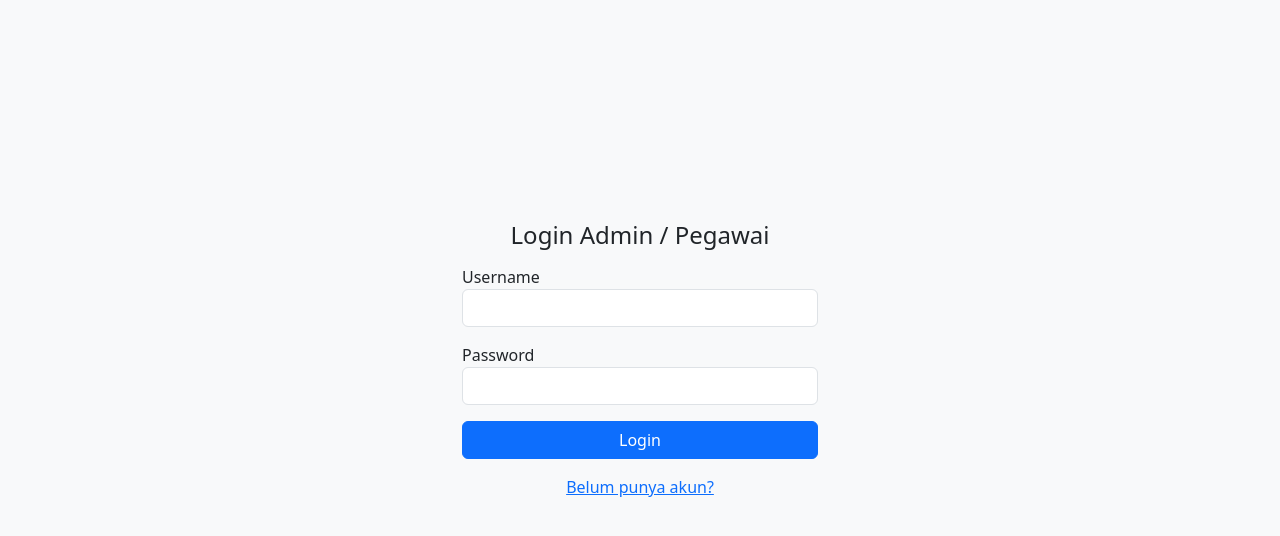
Repository: DevisWisley/Aplikasi-Sistem
Page: http://localhost/auth/login.php
An editor plug-in stored every save of this project. The page is shown before and after the next save, followed by the edit.
The browser window is 1280 px wide. The pictures show the whole page.
The page is run by PHP 8.4 with error messages shown; the project is at /var/www/html/.

Above is the page before, as saved 2025-06-23 07:25:01.

### Sukses Jaya/auth/login.php
<?php
session_start();
include '../includes/config.php';

if (isset($_POST['login'])) {
    $username = $_POST['username'];
    $password = $_POST['password'];

    $stmt = $conn->prepare("SELECT * FROM admin WHERE username = ?");
    $stmt->execute([$username]);
    $user = $stmt->fetch();

    if ($user && password_verify($password, $user['password'])) {
        $_SESSION['user_id'] = $user['admin_id'];
        $_SESSION['username'] = $user['username'];
        $_SESSION['level'] = $user['level'];
        $_SESSION['cabang_id'] = $user['cabang_id'];

        header("Location: ../pages/dashboard.php");
    } else {
        $error = "Username atau Password salah!";
    }
}
?>

<!DOCTYPE html>
<html lang="id">

<head>
    <meta charset="UTF-8">
    <title>Login - Sukses Jaya</title>
    <link href="https://cdn.jsdelivr.net/npm/bootstrap@5.3.3/dist/css/bootstrap.min.css" rel="stylesheet">
</head>

<body class="bg-light d-flex align-items-center" style="height: 100vh;">
    <div class="container">
        <div class="row justify-content-center">
            <div class="col-md-4">
                <h4 class="text-center mb-3">Login Admin / Pegawai</h4>
                <?php if (isset($error))
                    echo "<div class='alert alert-danger'>$error</div>"; ?>
                <form method="POST">
                    <div class="mb-3">
                        <label>Username</label>
                        <input type="text" name="username" class="form-control" required>
                    </div>
                    <div class="mb-3">
                        <label>Password</label>
                        <input type="password" name="password" class="form-control" required>
                    </div>
                    <button class="btn btn-primary w-100" type="submit" name="login">Login</button>
                    <a href="register.php" class="d-block mt-3 text-center">Belum punya akun?</a>
                </form>
            </div>
        </div>
    </div>
</body>

</html>

### Sukses Jaya/includes/config.php
<?php
try {
    $conn = new PDO("mysql:host=localhost;dbname=suksesjaya", "root", "");
    $conn->setAttribute(PDO::ATTR_ERRMODE, PDO::ERRMODE_EXCEPTION);
} catch (PDOException $e) {
    die("Koneksi gagal: " . $e->getMessage());
}
?>

After the next save:
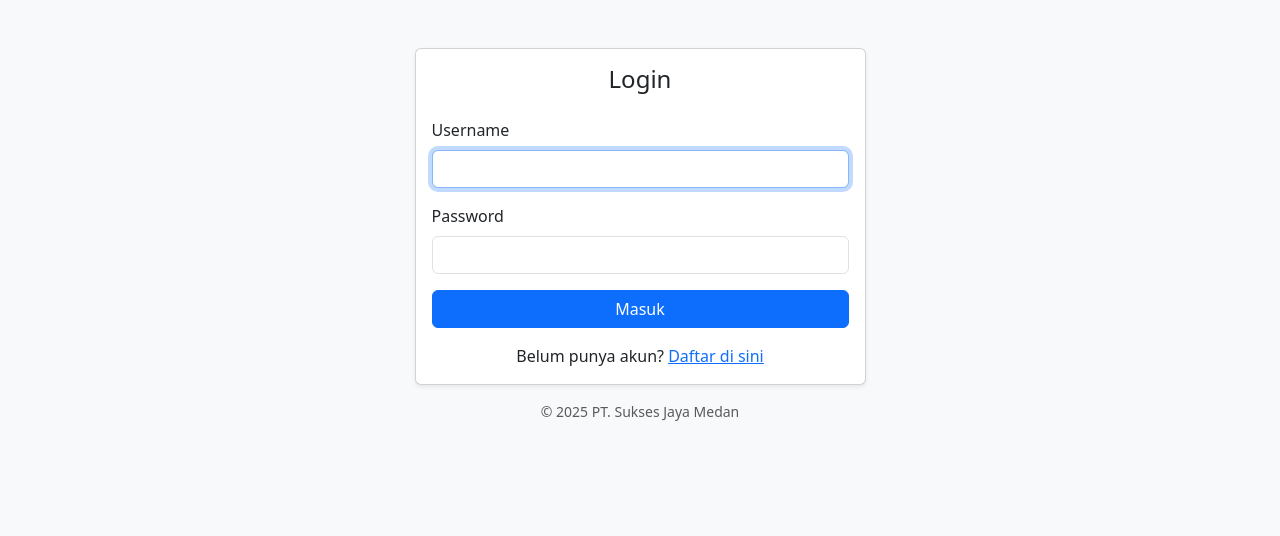
Saved 2 min 45 s later.
--- a/Sukses Jaya/auth/login.php
+++ b/Sukses Jaya/auth/login.php
@@ -1,59 +1,79 @@
 <?php
 session_start();
-include '../includes/config.php';
+require_once '../includes/config.php';
 
-if (isset($_POST['login'])) {
-    $username = $_POST['username'];
-    $password = $_POST['password'];
+$error = '';
 
-    $stmt = $conn->prepare("SELECT * FROM admin WHERE username = ?");
-    $stmt->execute([$username]);
-    $user = $stmt->fetch();
+if ($_SERVER['REQUEST_METHOD'] == 'POST') {
+    $username = trim($_POST['username']);
+    $password = trim($_POST['password']);
 
-    if ($user && password_verify($password, $user['password'])) {
-        $_SESSION['user_id'] = $user['admin_id'];
-        $_SESSION['username'] = $user['username'];
-        $_SESSION['level'] = $user['level'];
-        $_SESSION['cabang_id'] = $user['cabang_id'];
+    try {
+        $stmt = $conn->prepare("SELECT * FROM admin WHERE username = ?");
+        $stmt->execute([$username]);
+        $user = $stmt->fetch(PDO::FETCH_ASSOC);
 
-        header("Location: ../pages/dashboard.php");
-    } else {
-        $error = "Username atau Password salah!";
+        if ($user && $password === $user['password']) {
+            // Simpan data sesi
+            $_SESSION['user_id'] = $user['admin_id'];
+            $_SESSION['username'] = $user['username'];
+            $_SESSION['level'] = $user['level'];
+            $_SESSION['cabang_id'] = $user['cabang_id'];
+
+            header('Location: ../pages/dashboard.php');
+            exit;
+        } else {
+            $error = "Username atau Password salah!";
+        }
+    } catch (PDOException $e) {
+        $error = "Terjadi kesalahan koneksi database!";
     }
 }
 ?>
 
 <!DOCTYPE html>
 <html lang="id">
-
 <head>
     <meta charset="UTF-8">
-    <title>Login - Sukses Jaya</title>
+    <title>Login - Sistem Data Pegawai</title>
     <link href="https://cdn.jsdelivr.net/npm/bootstrap@5.3.3/dist/css/bootstrap.min.css" rel="stylesheet">
 </head>
+<body class="bg-light">
 
-<body class="bg-light d-flex align-items-center" style="height: 100vh;">
-    <div class="container">
-        <div class="row justify-content-center">
-            <div class="col-md-4">
-                <h4 class="text-center mb-3">Login Admin / Pegawai</h4>
-                <?php if (isset($error))
-                    echo "<div class='alert alert-danger'>$error</div>"; ?>
-                <form method="POST">
-                    <div class="mb-3">
-                        <label>Username</label>
-                        <input type="text" name="username" class="form-control" required>
+<div class="container mt-5">
+    <div class="row justify-content-center">
+        <div class="col-md-5">
+            <div class="card shadow-sm">
+                <div class="card-body">
+                    <h4 class="card-title text-center mb-4">Login</h4>
+
+                    <?php if ($error): ?>
+                        <div class="alert alert-danger"><?= $error; ?></div>
+                    <?php endif; ?>
+
+                    <form method="post">
+                        <div class="mb-3">
+                            <label for="username" class="form-label">Username</label>
+                            <input type="text" name="username" class="form-control" required autofocus>
+                        </div>
+                        <div class="mb-3">
+                            <label for="password" class="form-label">Password</label>
+                            <input type="password" name="password" class="form-control" required>
+                        </div>
+                        <div class="d-grid">
+                            <button type="submit" class="btn btn-primary">Masuk</button>
+                        </div>
+                    </form>
+
+                    <div class="mt-3 text-center">
+                        Belum punya akun? <a href="register.php">Daftar di sini</a>
                     </div>
-                    <div class="mb-3">
-                        <label>Password</label>
-                        <input type="password" name="password" class="form-control" required>
-                    </div>
-                    <button class="btn btn-primary w-100" type="submit" name="login">Login</button>
-                    <a href="register.php" class="d-block mt-3 text-center">Belum punya akun?</a>
-                </form>
+                </div>
             </div>
+            <p class="text-center text-muted mt-3 small">&copy; 2025 PT. Sukses Jaya Medan</p>
         </div>
     </div>
+</div>
+
 </body>
-
 </html>
